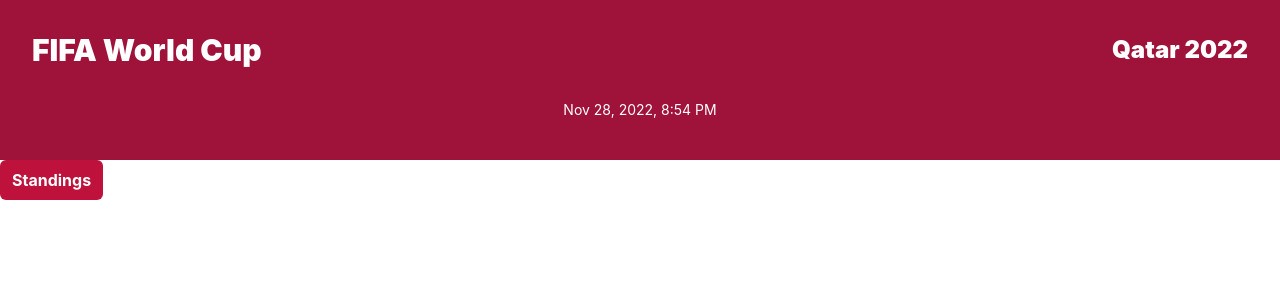
Repository: SaadYasin/nextjs-13-fifa2022
Page: /
These files come from the project's save history. The page is drawn as it stood at one moment and after a run of saves; the edit follows.
The browser window is 1280 px wide. The pictures show the whole page.
The project was rebuilt for these pictures with package versions that can differ from the ones it lists, and the page was loaded fresh each time. The framework's server and built-in components were replaced by stand-ins that run in the browser. Also part of the build but not shown: next.config.js.

Above is the page before, as saved 2022-11-28 21:25:33.

After the next 4 saves:
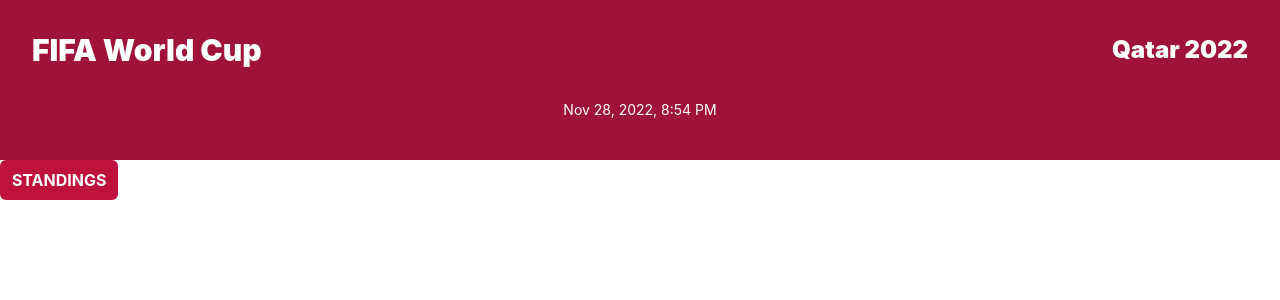
The 4 saves are shown as one change because they came seconds apart.
The last was saved 11 s later.
--- a/app/page.jsx
+++ b/app/page.jsx
@@ -5,7 +5,7 @@
   return (
     <div className='text-red-500 font-bold'>
       <Link href="/">
-        <button className='bg-rose-700 hover:bg-red-600 px-3 py-2 rounded-md text-white '>Standings</button>
+        <button className='bg-rose-700 hover:bg-red-600 px-3 py-2 rounded-md text-white font-bold uppercase'>Standings</button>
       </Link>
     </div>
   )
